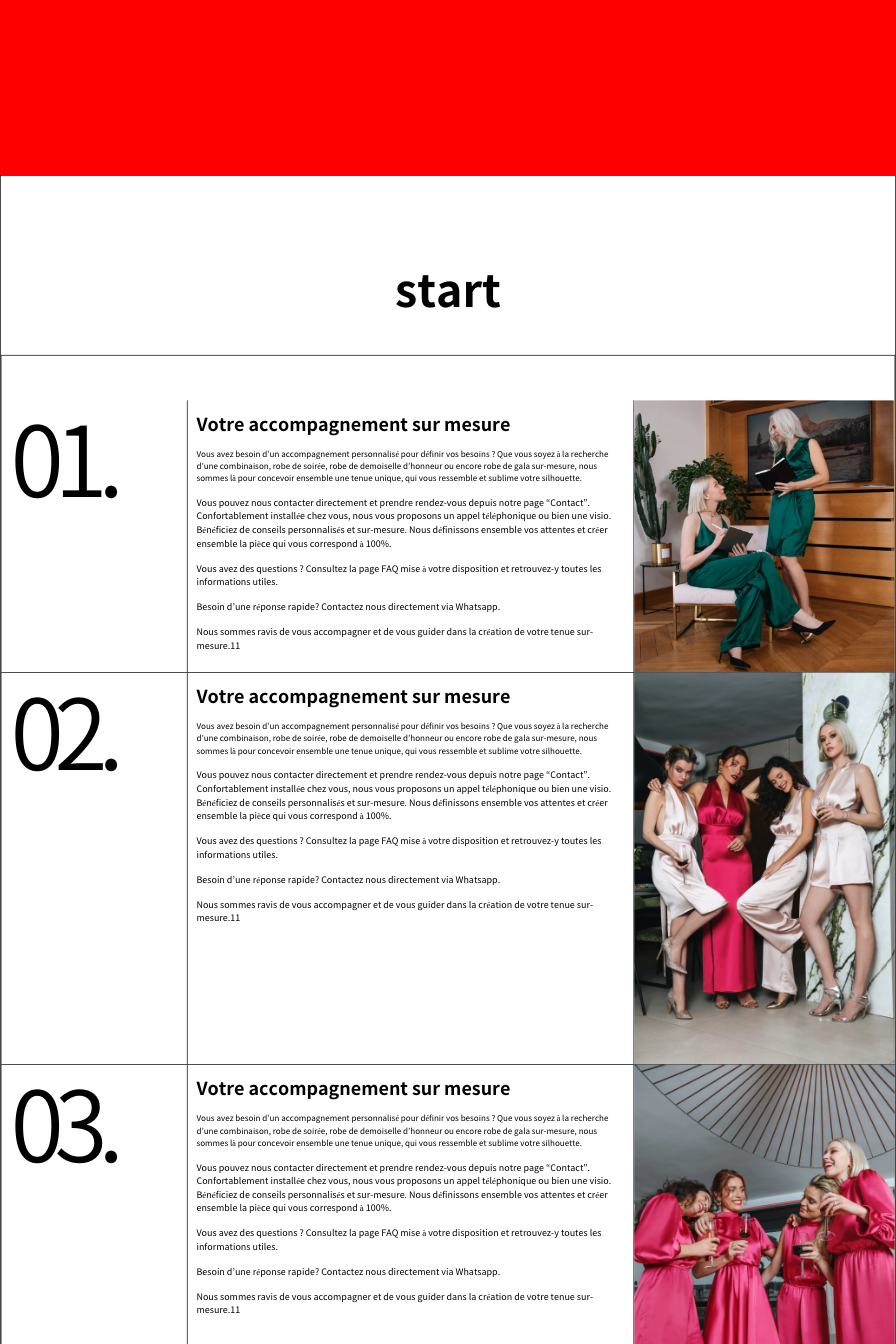
Repository: lwygold/motion
Page: layout/위로 하나씩 붙는 그리드.html
An editor plug-in stored every save of this project. The page is shown before and after the next save, followed by the edit.
The browser window is 1280 px wide. The pictures show the part of the page from y = 470 to 2390 px (the page is 4416 px tall before and 4284 px after), at 70% of full size.

Above is the page before, as saved 2023-03-28 09:59:53.

### layout/위로 하나씩 붙는 그리드.html
<!DOCTYPE html>
<html lang="ko">

<head>
    <meta http-equiv="Content-Type" content="text/html;charset=utf-8" />
    <meta name="viewport" content="width=device-width, user-scalable=no, target-densitydpi=medium-dpi" />
    <meta name="apple-mobile-web-app-capable" content="yes" />
    <meta name="format-detection" content="telephone=no" />
    <meta http-equiv="X-UA-Compatible" content="IE=edge" />
    <meta http-equiv="x-rim-auto-match" content="none" />
    <link rel="shortcut icon" href="./images/favicon.ico" />
    <link rel="stylesheet" type="text/css" href="../assets/css/slick.css" />
    <link rel="stylesheet" type="text/css" href="../assets/css/common.css" />
    <!-- <link rel="stylesheet" type="text/css" href="../assets/css/main.css" />
    <link rel="stylesheet" type="text/css" href="../assets/css/sub.css" /> -->
    <title>테스트</title>
    <script src="../assets/js/jquery-3.3.1.min.js"></script>
    <script src="../assets/js/jquery-ui.min.js"></script>
    <script src="../assets/js/slick.min.js"></script>
    <script src="../assets/js/gsap.js"></script>
    <script src="../assets/js/gsap_scroll_trigger.js"></script>
    <script src="../assets/js/green.js"></script>
    <script src="../assets/js/common.js"></script>
    <script src="../assets/js/main.js"></script>
    <script src="../assets/js/sub.js"></script>
</head>

<style>

    section {
        max-width: 100%;
        padding:0 2%;
        box-sizing: border-box;
    }

    section.top {
        width: 100vw;
        height: 100vh;
        background: red;
    }
    section.bottom{
        width: 100vw;
        height: 100vh;
        background: blue;
    }

    h2 {
        font-size: 5vw;
        text-align: center;
        margin: 5vw 0;
    }
    .grid {
        padding: 5vw 0;
        border:1px solid #000;
        box-sizing: border-box;
    }

    .grid__li1 {
        border-bottom: 1px solid #000;
        display: grid;
        grid-template-columns: repeat(24,minmax(0,1fr));
        grid-template-rows: min-content minmax(0,1fr);
    }

    .grid__li1 > div:first-child {
        border-right: 1px solid #000;
        grid-column-start: 1;
        grid-column-end: 6;
        box-sizing: border-box;
        padding: 1vw;
    }

    .grid__li1 > div:nth-child(2) {
        border-right: 1px solid #000;
        grid-column-start: 6;
        grid-column-end: 18;
        box-sizing: border-box;
        padding: 1vw;
    }

    .grid__li1 > div:nth-child(3) {
        grid-column-start: 18;
        grid-column-end: 25;
    }

    .grid__li1 > div:first-child span {
        font-size: 3.3vw;
        font-weight: 300;
        transform: scale(3.3);
        transform-origin: top left;
        display: inline-block;
        letter-spacing: -0.1em;
    }

    .grid__li1 > div:nth-child(2) h3 {
        font-size: 2vw;
        line-height: 1.5;
        color: #000;
        margin-bottom: 1.3vw;
    }

    .grid__li1 > div:nth-child(2) > p {
        font-size: 0.9vw;
        color: #000;
        margin-bottom: 1.3vw;
        line-height: 1.5;
    }

    .grid__li1 > div:nth-child(2) > div > p {
        font-size: 1vw;
        line-height: 1.5;
        color: #000;
        margin-bottom: 1.3vw;
    }

    .grid__li1 > div:nth-child(3) img {
        width: 100%;
        height: 100%;
        object-fit: cover;
    }


</style>

<body>

    <section class="top"></section>
    <section class="grid">

        <div>
            <h2>start</h2>
            <ul class="grid">
                <li class="grid__li1">
                    <div>
                        <span>01.</span>
                    </div>
                    <div>
                        <h3>
                            Votre accompagnement sur mesure
                        </h3>
                        <p>
                            Vous avez besoin d’un accompagnement personnalisé pour définir vos besoins ?
                            Que vous soyez à la recherche d’une combinaison, robe de soirée, robe de demoiselle d’honneur ou encore robe de gala sur-mesure, nous sommes là pour concevoir ensemble une tenue unique, qui vous ressemble et sublime votre silhouette.
                        </p>
                        <div>
                            <p>Vous pouvez nous contacter directement et prendre rendez-vous depuis notre page “Contact”. Confortablement installée chez vous, nous vous proposons un appel téléphonique ou bien une visio. Bénéficiez de conseils personnalisés et sur-mesure. Nous définissons ensemble vos attentes et créer ensemble la pièce qui vous correspond à 100%.</p>
                            <p>Vous avez des questions ? Consultez la page FAQ mise à votre disposition et retrouvez-y toutes les informations utiles.</p>
                            <p>Besoin d’une réponse rapide? Contactez nous directement via Whatsapp.</p>
                            <p> Nous sommes ravis de vous accompagner et de vous guider dans la création de votre tenue sur-mesure.11</p>
                        </div>
                    </div>
                    <div>
                        <img src="./images/11.png" alt="" >
                    </div>
                </li>
                <li class="grid__li1">
                    <div>
                        <span>02.</span>
                    </div>
                    <div>
                        <h3>
                            Votre accompagnement sur mesure
                        </h3>
                        <p>
                            Vous avez besoin d’un accompagnement personnalisé pour définir vos besoins ?
                            Que vous soyez à la recherche d’une combinaison, robe de soirée, robe de demoiselle d’honneur ou encore robe de gala sur-mesure, nous sommes là pour concevoir ensemble une tenue unique, qui vous ressemble et sublime votre silhouette.
                        </p>
                        <div>
                            <p>Vous pouvez nous contacter directement et prendre rendez-vous depuis notre page “Contact”. Confortablement installée chez vous, nous vous proposons un appel téléphonique ou bien une visio. Bénéficiez de conseils personnalisés et sur-mesure. Nous définissons ensemble vos attentes et créer ensemble la pièce qui vous correspond à 100%.</p>
                            <p>Vous avez des questions ? Consultez la page FAQ mise à votre disposition et retrouvez-y toutes les informations utiles.</p>
                            <p>Besoin d’une réponse rapide? Contactez nous directement via Whatsapp.</p>
                            <p> Nous sommes ravis de vous accompagner et de vous guider dans la création de votre tenue sur-mesure.11</p>
                        </div>
                    </div>
                    <div>
                        <img src="./images/22.png" alt="" >
                    </div>
                </li>
                <li class="grid__li1">
                    <div>
                        <span>03.</span>
                    </div>
                    <div>
                        <h3>
                            Votre accompagnement sur mesure
                        </h3>
                        <p>
                            Vous avez besoin d’un accompagnement personnalisé pour définir vos besoins ?
                            Que vous soyez à la recherche d’une combinaison, robe de soirée, robe de demoiselle d’honneur ou encore robe de gala sur-mesure, nous sommes là pour concevoir ensemble une tenue unique, qui vous ressemble et sublime votre silhouette.
                        </p>
                        <div>
                            <p>Vous pouvez nous contacter directement et prendre rendez-vous depuis notre page “Contact”. Confortablement installée chez vous, nous vous proposons un appel téléphonique ou bien une visio. Bénéficiez de conseils personnalisés et sur-mesure. Nous définissons ensemble vos attentes et créer ensemble la pièce qui vous correspond à 100%.</p>
                            <p>Vous avez des questions ? Consultez la page FAQ mise à votre disposition et retrouvez-y toutes les informations utiles.</p>
                            <p>Besoin d’une réponse rapide? Contactez nous directement via Whatsapp.</p>
                            <p> Nous sommes ravis de vous accompagner et de vous guider dans la création de votre tenue sur-mesure.11</p>
                        </div>
                    </div>
                    <div>
                        <img src="./images/33.png" alt="" >
                    </div>
                </li>
                <li class="grid__li1">
                    <div>
                        <span>04.</span>
                    </div>
                    <div>
                        <h3>
                            Votre accompagnement sur mesure
                        </h3>
                        <p>
                            Vous avez besoin d’un accompagnement personnalisé pour définir vos besoins ?
                            Que vous soyez à la recherche d’une combinaison, robe de soirée, robe de demoiselle d’honneur ou encore robe de gala sur-mesure, nous sommes là pour concevoir ensemble une tenue unique, qui vous ressemble et sublime votre silhouette.
                        </p>
                        <div>
                            <p>Vous pouvez nous contacter directement et prendre rendez-vous depuis notre page “Contact”. Confortablement installée chez vous, nous vous proposons un appel téléphonique ou bien une visio. Bénéficiez de conseils personnalisés et sur-mesure. Nous définissons ensemble vos attentes et créer ensemble la pièce qui vous correspond à 100%.</p>
                            <p>Vous avez des questions ? Consultez la page FAQ mise à votre disposition et retrouvez-y toutes les informations utiles.</p>
                            <p>Besoin d’une réponse rapide? Contactez nous directement via Whatsapp.</p>
                            <p> Nous sommes ravis de vous accompagner et de vous guider dans la création de votre tenue sur-mesure.11</p>
                        </div>
                    </div>
                    <div>
                        <img src="./images/44.png" alt="" >
                    </div>
                </li>
                <li class="grid__li1">
                    <div>
                        <span>05.</span>
                    </div>
                    <div>
                        <h3>
                            Votre accompagnement sur mesure
                        </h3>
                        <p>
                            Vous avez besoin d’un accompagnement personnalisé pour définir vos besoins ?
                            Que vous soyez à la recherche d’une combinaison, robe de soirée, robe de demoiselle d’honneur ou encore robe de gala sur-mesure, nous sommes là pour concevoir ensemble une tenue unique, qui vous ressemble et sublime votre silhouette.
                        </p>
                        <div>
                            <p>Vous pouvez nous contacter directement et prendre rendez-vous depuis notre page “Contact”. Confortablement installée chez vous, nous vous proposons un appel téléphonique ou bien une visio. Bénéficiez de conseils personnalisés et sur-mesure. Nous définissons ensemble vos attentes et créer ensemble la pièce qui vous correspond à 100%.</p>
                            <p>Vous avez des questions ? Consultez la page FAQ mise à votre disposition et retrouvez-y toutes les informations utiles.</p>
                            <p>Besoin d’une réponse rapide? Contactez nous directement via Whatsapp.</p>
                            <p> Nous sommes ravis de vous accompagner et de vous guider dans la création de votre tenue sur-mesure.11</p>
                        </div>
                    </div>
                    <div>
                        <img src="./images/55.png" alt="" >
                    </div>
                </li>
            </ul>
        </div>

    </section>
    <section class="bottom"></section>





    <script>

        $(function () {

            gsap.registerPlugin(ScrollTrigger);






        });

    </script>
</body>

</html>

### assets/css/common.css
@charset "utf-8";

@font-face {
 font-family: "NotoSansKR";
 font-style: normal;
 font-weight: 100;
 src: url(fonts/NotoSansKR-ExtraLight.woff) format("woff");
}

@font-face {
 font-family: "NotoSansKR";
 font-style: normal;
 font-weight: 200;
 src: url(fonts/NotoSansKR-Light.woff) format("woff");
}

@font-face {
 font-family: "NotoSansKR";
 font-style: normal;
 font-weight: 300;
 src: url(fonts/NotoSansKR-DemiLight.woff) format("woff");
}

@font-face {
 font-family: "NotoSansKR";
 font-style: normal;
 font-weight: 400;
 src: url(fonts/NotoSansKR-Regular.woff) format("woff");
}

@font-face {
 font-family: "NotoSansKR";
 font-style: normal;
 font-weight: 500;
 src: url(fonts/NotoSansKR-Medium.woff) format("woff");
}

@font-face {
 font-family: "NotoSansKR";
 font-style: normal;
 font-weight: 600;
 src: url(fonts/NotoSansKR-Bold.woff) format("woff");
}

@font-face {
 font-family: "NotoSansKR";
 font-style: normal;
 font-weight: 700;
 src: url(fonts/NotoSansKR-Bold-Hestia.woff) format("woff");
}

@font-face {
 font-family: "NotoSansKR";
 font-style: normal;
 font-weight: 800;
 src: url(fonts/NotoSansKR-Black-Hestia.woff) format("woff");
}

@font-face {
 font-family: "Montserrat";
 font-style: normal;
 font-weight: 100;
 src: url(fonts/Montserrat-ExtraLight.woff) format("woff");
}

@font-face {
 font-family: "Montserrat";
 font-style: normal;
 font-weight: 200;
 src: url(fonts/Montserrat-Light.woff) format("woff");
}

@font-face {
 font-family: "Montserrat";
 font-style: normal;
 font-weight: 300;
 src: url(fonts/Montserrat-Regular.woff) format("woff");
}

@font-face {
 font-family: "Montserrat";
 font-style: normal;
 font-weight: 400;
 src: url(fonts/Montserrat-Regular.woff) format("woff");
}

@font-face {
 font-family: "Montserrat";
 font-style: normal;
 font-weight: 500;
 src: url(fonts/Montserrat-Medium.woff) format("woff");
}

@font-face {
 font-family: "Montserrat";
 font-style: normal;
 font-weight: 600;
 src: url(fonts/Montserrat-Bold.woff) format("woff");
}

@font-face {
 font-family: "Montserrat";
 font-style: normal;
 font-weight: 700;
 src: url(fonts/Montserrat-ExtraBold.woff) format("woff");
}

@font-face {
 font-family: "Montserrat";
 font-style: normal;
 font-weight: 800;
 src: url(fonts/Montserrat-ExtraBlack.woff) format("woff");
}

@font-face {
 font-family: "Saira";
 font-style: normal;
 font-weight: 100;
 src: url(fonts/Saira-ExtraLight.woff) format("woff");
}

@font-face {
 font-family: "Saira";
 font-style: normal;
 font-weight: 200;
 src: url(fonts/Saira-Light.woff) format("woff");
}

@font-face {
 font-family: "Saira";
 font-style: normal;
 font-weight: 300;
 src: url(fonts/Saira-Regular.woff) format("woff");
}

@font-face {
 font-family: "Saira";
 font-style: normal;
 font-weight: 400;
 src: url(fonts/Saira-Regular.woff) format("woff");
}

@font-face {
 font-family: "Saira";
 font-style: normal;
 font-weight: 500;
 src: url(fonts/Saira-Medium.woff) format("woff");
}

@font-face {
 font-family: "Saira";
 font-style: normal;
 font-weight: 600;
 src: url(fonts/Saira-Bold.woff) format("woff");
}

@font-face {
 font-family: "Saira";
 font-style: normal;
 font-weight: 700;
 src: url(fonts/Saira-ExtraBold.woff) format("woff");
}

@font-face {
 font-family: "Saira";
 font-style: normal;
 font-weight: 800;
 src: url(fonts/Saira-Black.woff) format("woff");
}

@font-face {
 font-family: "NanumSquare";
 font-style: normal;
 font-weight: 200;
 src: url(fonts/NanumSquareL.woff) format("woff");
}

@font-face {
 font-family: "NanumSquare";
 font-style: normal;
 font-weight: 400;
 src: url(fonts/NanumSquareR.woff) format("woff");
}

@font-face {
 font-family: "NanumSquare";
 font-style: normal;
 font-weight: 600;
 src: url(fonts/NanumSquareB.woff) format("woff");
}

@font-face {
 font-family: "NanumSquare";
 font-style: normal;
 font-weight: 700;
 src: url(fonts/NanumSquareEB.woff) format("woff");
}

@font-face {
 font-family: "play";
 font-style: normal;
 font-weight: 400;
 src: url(fonts/Play-Regular.woff) format("woff");
}

@font-face {
 font-family: "play";
 font-style: normal;
 font-weight: 600;
 src: url(fonts/Play-Bold.woff) format("woff");
}

@font-face {
 font-family: "Lovelace";
 font-style: normal;
 font-weight: 100;
 src: url(fonts/Lovelace-ExtraLight.woff) format("woff");
}

@font-face {
 font-family: "Lovelace";
 font-style: normal;
 font-weight: 200;
 src: url(fonts/Lovelace-Light.woff) format("woff");
}

@font-face {
 font-family: "Lovelace";
 font-style: normal;
 font-weight: 400;
 src: url(fonts/Lovelace-Regular.woff) format("woff");
}

@font-face {
 font-family: "Lovelace";
 font-style: normal;
 font-weight: 500;
 src: url(fonts/Lovelace-Medium.woff) format("woff");
}

@font-face {
 font-family: "Lovelace";
 font-style: normal;
 font-weight: 600;
 src: url(fonts/Lovelace-Bold.woff) format("woff");
}

@font-face {
 font-family: "Lovelace";
 font-style: normal;
 font-weight: 700;
 src: url(fonts/Lovelace-ExtraBold.woff) format("woff");
}

* {
 font-family: "NotoSansKR";
 box-sizing: border-box;
}

/* 여백 초기화 */
html,
body,
div,
span,
object,
iframe,
h1,
h2,
h3,
h4,
h5,
h6,
p,
blockquote,
pre,
abbr,
address,
cite,
code,
del,
dfn,
em,
img,
ins,
kbd,
q,
samp,
small,
strong,
sub,
sup,
var,
b,
i,
dl,
dt,
dd,
ol,
ul,
li,
fieldset,
form,
label,
legend,
table,
caption,
tbody,
tfoot,
thead,
tr,
th,
td,
article,
aside,
canvas,
details,
figcaption,
figure,
footer,
header,
hgroup,
menu,
nav,
section,
summary,
time,
mark,
audio,
video {
 margin: 0;
 padding: 0;
 border: 0;
 outline: 0;
 font-size: 100%;
 vertical-align: baseline;
 background: transparent;
}

* {
 -webkit-text-size-adjust: none;
 -moz-text-size-adjust: none;
 -ms-text-size-adjust: none;
}

html,
body {
 position: relative;
 margin: 0 auto;
 height: 100%;
 width: 100%;
}

body {
 line-height: 1;
}

article,
aside,
details,
figcaption,
figure,
footer,
header,
hgroup,
menu,
nav,
section {
 display: block;
}

ul,
li {
 list-style: none;
}

blockquote,
q {
 quotes: none;
}

blockquote:before,
blockquote:after,
q:before,
q:after {
 content: "";
 content: none;
}

a {
 margin: 0;
 padding: 0;
 color: #000;
 font-size: 100%;
 text-decoration: none;
 vertical-align: baseline;
 background: transparent;
}

del {
 text-decoration: line-through;
}

abbr[title],
dfn[title] {
 border-bottom: 1px dotted;
 cursor: help;
}

table {
 border-collapse: collapse;
 border-spacing: 0;
}

/* change border colour to suit your needs */

hr {
 display: block;
 height: 1px;
 border: 0;
 border-top: 1px solid #cccccc;
 margin: 1em 0;
 padding: 0;
}

input,
select {
 vertical-align: middle;
}

/*-------------------------------------------------------------------
 @input style
-------------------------------------------------------------------*/

button {
 -webkit-appearance: none;
 appearance: none;
 -webkit-border-radius: 0;
 border-radius: 0;
}

input[type="button"],
input[type="reset"],
input[type="text"],
input[type="password"],
input[type="submit"],
input[type="search"],
input[type="tel"],
input[type="email"] {
 -webkit-appearance: none;
 appearance: none;
 -webkit-border-radius: 0;
 border-radius: 0;
 font-size: 16px;
}

/*-------------------------------------------------------------------
 @select
-------------------------------------------------------------------*/
select {
 font-family: "Noto Sans KR";
 font-size: 19px;
 -webkit-appearance: none;
 -moz-appearance: none;
 appearance: none;
 background-image: url(../images/sl_btn.png);
 background-repeat: no-repeat;
 background-position: 93% 50%;
 background-size: 15px;
 background-color: #fff;
 border: none;
 width: 100%;
}

/*-------------------------------------------------------------------
 @select IE10,11의 네이티브 화살표 숨기기
-------------------------------------------------------------------*/
select::-ms-expand {
 display: none;
}

/*-------------------------------------------------------------------
 @clearfix
-------------------------------------------------------------------*/
.clearfix {
 *zoom: 1;
}

.clearfix:before,
.clearfix:after {
 display: block;
 content: "";
 line-height: 0;
}

.clearfix:after {
 clear: both;
}

.fl {
 float: left;
}

.fr {
 float: right;
}

/*-------------------------------------------------------------------
 @공통서브
-------------------------------------------------------------------*/

section {
 box-sizing: border-box;
 overflow: hidden;
 position: relative;
 width: 100%;
 max-width: 1920px;
 margin: 0 auto;
}

.inner {
 width: 100%;
 max-width: 1280px;
 margin:0 auto;
 padding: 0px 40px;
 box-sizing: border-box;
}

/* 가로 양옆으로 */
.flex__lrc,
.flex__lrc2 {
 display: flex;
 flex-direction: row;
 flex-wrap: wrap;
 justify-content: space-between;
 align-items: center;
}

.flex__lrt,
.flex__lrt2 {
 display: flex;
 flex-direction: row;
 flex-wrap: wrap;
 justify-content: space-between;
 align-items: flex-start;
}

.flex__lrb,
.flex__lrb2 {
 display: flex;
 flex-direction: row;
 flex-wrap: wrap;
 justify-content: space-between;
 align-items: flex-end;
}

/* 가로 가운데 새로 가운데 */
.flex__cc,
.flex__cc1,
.flex__cc2 {
 display: flex;
 flex-direction: row;
 flex-wrap: wrap;
 justify-content: center;
 align-items: center;
}

.flex__lrc2 > div,
.flex__lrt2 > div,
.flex__lrb2 > div,
.flex__cc2 > div {
 width: 50%;
}

.h100 {
 height: 100%;
}

.w100 {
 width: 100%;
}

.row2,
.row3,
.row4,
.row5 {
 display: flex;
 flex-direction: row;
 flex-wrap: wrap;
}

.row2 > .col {
 width: 50%;
}

.row3 > .col {
 width: 33.33%;
}

.row4 > .col {
 width: 25%;
}

.row5 > .col {
 width: 20%;
}

.flex { display: flex; }
.flex-l { display: flex; justify-content: flex-start; }
.flex-lc { display: flex; justify-content: flex-start; align-items: center; }
.flex-lr { display: flex; justify-content: space-between; }
.flex-lrc { display: flex; justify-content: space-between; align-items: center; }
.flex-r { display: flex; justify-content: flex-end; }
.flex-rc { display: flex; justify-content: flex-end; align-items: center; }
.flex-c { display: flex; justify-content: center; }
.flex-cc { display: flex; justify-content: center; align-items: center; }


@media only screen and (max-width: 640px) {
}

### assets/js/common.js
var clickType = "click";
if ("ontouchstart" in document.documentElement) {
    clickType = "touchstart";
}
$(function () {

})

### assets/js/main.js
const faq_type1 = function () {
    var faq_past = -1;
    $('.faq ul li').bind("click", function (e) {
        setTimeout(function () {
            locoScroll.update();
        }, 500);
        var idx = $(this).index();
        $(this).parent().find('li').removeClass('active color')
        if (idx == faq_past) {
            $(this).removeClass('active color')
            faq_past = -1;
        } else {
            $(this).addClass('active color')
            faq_past = idx;
        }
    });
}

### assets/js/sub.js
$(function () {

})

Loaded but not shown: assets/css/slick.css (common file); assets/js/jquery-3.3.1.min.js (library); assets/js/jquery-ui.min.js (library); assets/js/slick.min.js (library); assets/js/gsap.js (library); assets/js/gsap_scroll_trigger.js (library); assets/js/green.js (187 lines, source omitted)

After the next save:
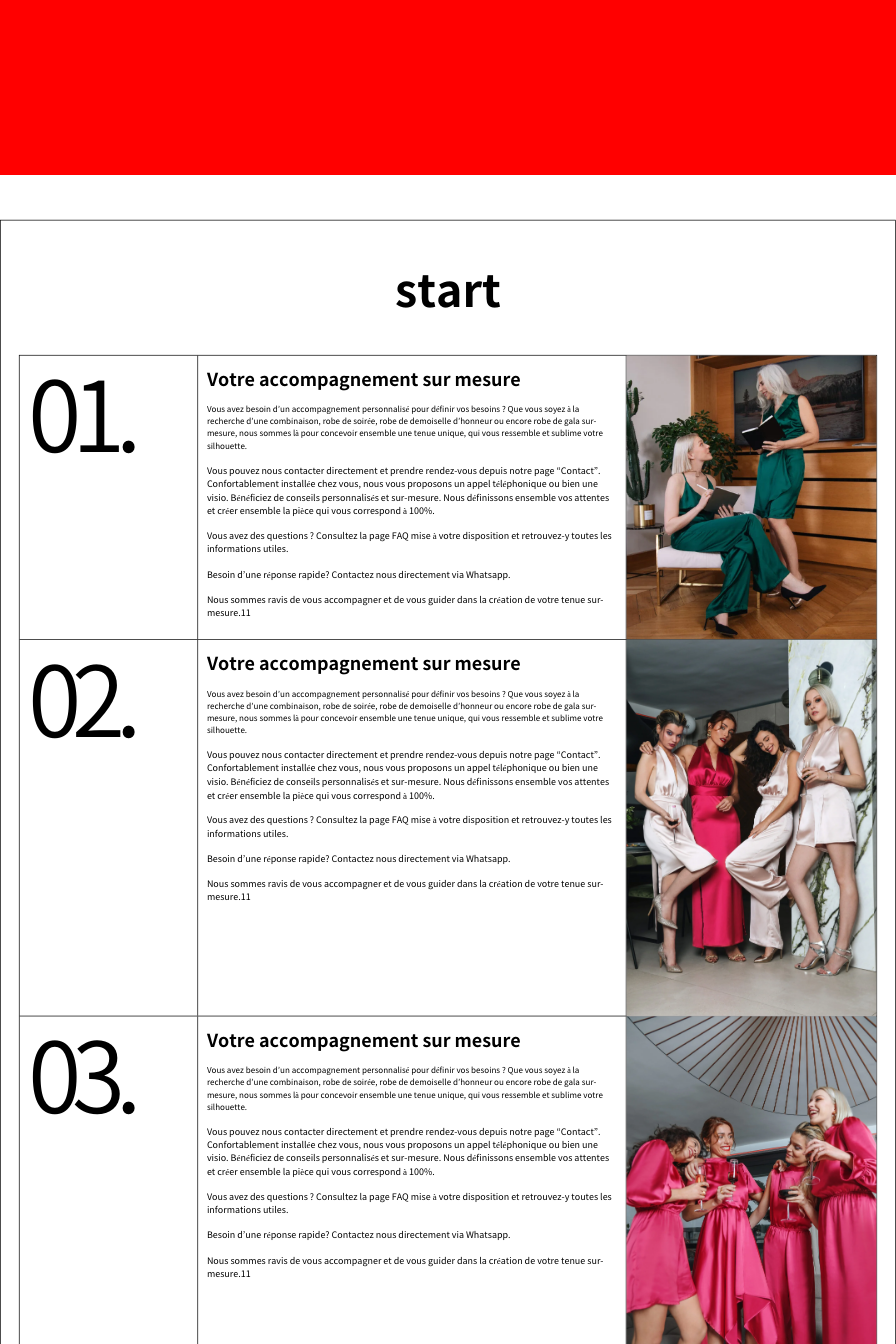
Saved 12 s later.
--- a/layout/위로 하나씩 붙는 그리드.html
+++ b/layout/위로 하나씩 붙는 그리드.html
@@ -50,7 +50,7 @@
         margin: 5vw 0;
     }
     .grid {
-        padding: 5vw 0;
+        margin: 5vw 0;
         border:1px solid #000;
         box-sizing: border-box;
     }
